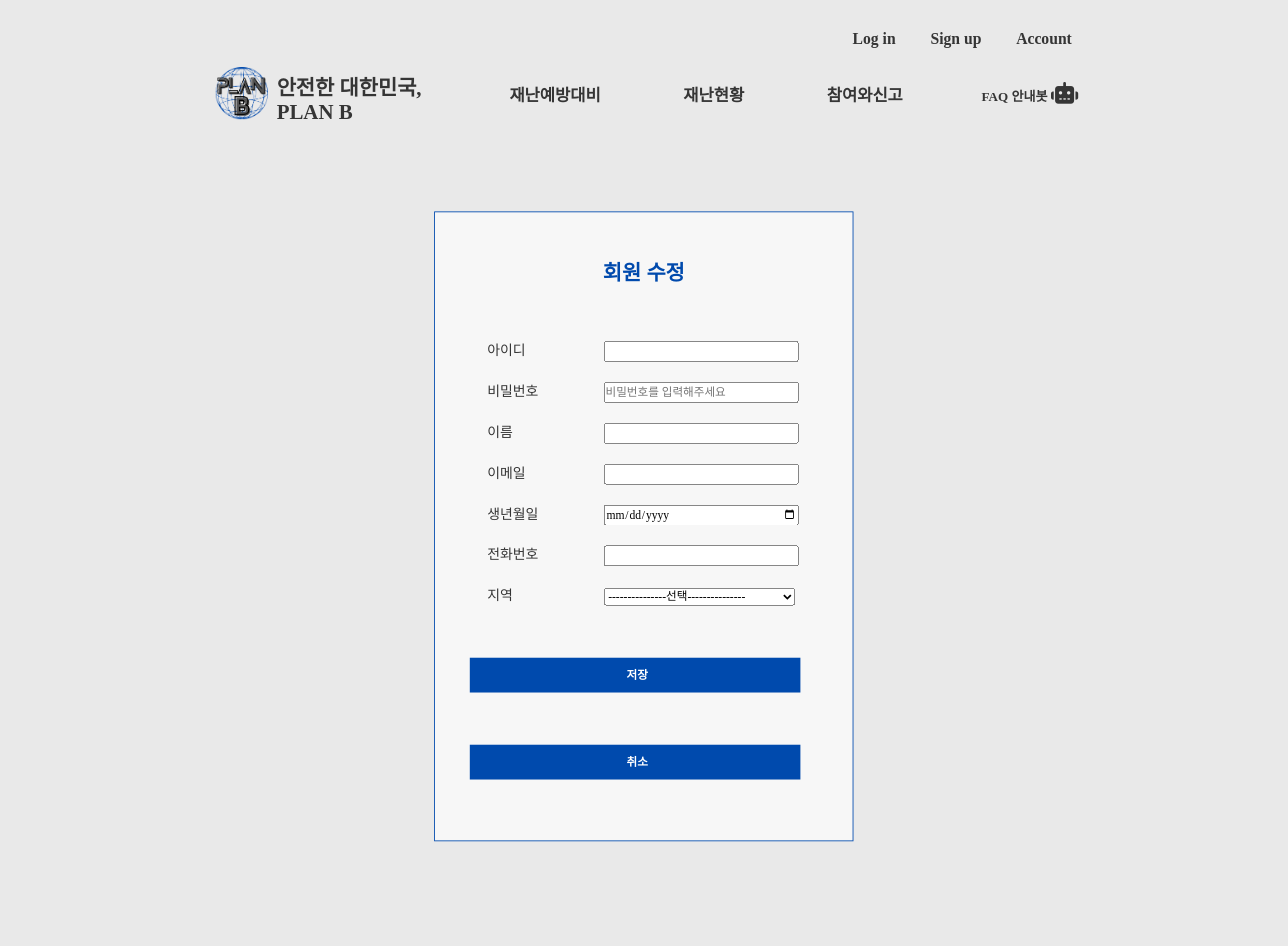
Repository: finalteam4/final
Page: http://localhost/member/update
An editor plug-in stored every save of this project. The page is shown before and after the next save, followed by the edit.
The browser window is 1280 px wide. The page is 1480 px wide, so the pictures cover 1480 px, including what lies to the right of the window. The pictures show the whole page, at 87% of full size.
Some web libraries are served in a nearby version. The page is this project's Thymeleaf template; nobody is signed in. The template is opened directly, without the code that normally fills it, so the values that code supplies are empty.

Above is the page before, as saved 2024-02-08 07:02:05.

### final/src/main/resources/templates/member/update.html
<!DOCTYPE html>
<html xmlns:th="http://www.thymeleaf.org">
<head>
<meta charset="UTF-8">
<title>회원정보...</title>
<link rel="stylesheet" th:href="@{/css/style.css}">
</head>
<body>
   <div class="ch">
    <div th:replace="~{header}"></div>
	<div id="container">
	  <section id="update">
		<h2>회원 수정</h2>
		<form th:action="@{/member/update}" method="post">
		<input type="hidden" name="id" th:value="${member.id}">
		   <fieldset>
		  	<ul>
		  		<li>
		  			<label for="memberId">아이디</label>
		  			<input type="text" name="memberId" readonly
		  				id="memberId" th:value="${member.memberId}">
		  		</li>
		  		<li>
		  			<label for="password">비밀번호</label>
		  			<input type="password" name="password"
		  			    id="password" placeholder="비밀번호를 입력해주세요">
		  		</li>
		  		<li>
		  			<label for="name">이름</label>
		  			<input type="text" name="name"
		  			    id="name" th:value="${member.name}">
		  		</li>
		  		<li>
		  			<label for="memberEmail">이메일</label>
		  			<input type="text" name="memberEmail"
		  			    id="memberEmail" th:value="${member.memberEmail}">
		  		</li>
		  		<li>
		  			<label for="memberAge">생년월일</label>
		  			<input type="date" name="memberAge"
		  			    id="memberAge" th:value="${member.memberAge}">
		  		</li>
		  		<li>
		  			<label for="mnumber">전화번호</label>
		  			<input type="text" name="mnumber"
		  			    id="mnumber" th:value="${member.mnumber}">
		  		</li>
		  		<li>
		  			<label for="memberArea">지역</label>
		  			 <select name="memberArea" id="memberArea" th:value="${member.memberArea}">
						    <option value="">---------------선택---------------</option>
						    <option value="서울특별시">서울특별시</option>
						    <option value="부산광역시">부산광역시</option>
						    <option value="대구광역시">대구광역시</option>
						    <option value="인천광역시">인천광역시</option>
						    <option value="광주광역시">광주광역시</option>
						    <option value="대전광역시">대전광역시</option>
						    <option value="울산광역시">울산광역시</option>
						    <option value="세종특별자치시">세종특별자치시</option>
						    <option value="경기도">경기도</option>
						    <option value="강원특별자치도">강원특별자치도</option>
						    <option value="충청북도">충청북도</option>
						    <option value="충청남도">충청남도</option>
						    <option value="전북특별자치도">전북특별자치도</option>
						    <option value="전라남도">전라남도</option>
						    <option value="경상북도">경상북도</option>
						    <option value="경상남도">경상남도</option>
						    <option value="제주특별자치도">제주특별자치도</option>
						</select>
		  		</li>
		  	    <li>
		  			<button type="submit" id="updatef">저장</button>
		  			<button type="reset" id="updatef">취소</button>
		  		</li>
		  	 </ul>
	  	    </fieldset>
	  	  </form>
	  	</section>
	</div>
	</div>
</body>
</html>

### final/src/main/resources/templates/header.html
<!DOCTYPE html>
<html xmlns:th="http://www.thymeleaf.org"
		xmlns:sec="http://www.thymeleaf.org/thymeleaf-extras-springsecurity6">
<head>
    <link rel="stylesheet" href="/css/Mainstyle.css">
    <script src="https://kit.fontawesome.com/6673aed616.js" crossorigin="anonymous"></script>
   	<script src="https://cdn.jsdelivr.net/npm/sockjs-client@1/dist/sockjs.min.js"></script>
	<script th:src="@{https://code.jquery.com/jquery-3.7.1.min.js}"></script>

</head>

<body>
    <header th:fragment="header-fragment">

        <section id="planB-header">
            <div class="planB-sidemenu">
            	<!-- 채채 페이지와 연결 -->
            	<th:block sec:authorize="isAnonymous()" >
	            	<a th:href="@{/login}">Log in</a>
	            	<a th:href="@{/member/join}">Sign up</a>
            	</th:block>
            	<a sec:authorize="isAuthenticated()" th:href="@{/logout}">Log out</a>

            	<a th:href="@{/member/account}">Account</a>
            </div>
			<!-- 프로젝트 로고 -->
            <div class="planB-menuWrap">
            	<a th:href="@{/}" class="main-img-logo">
           			<img th:alt="handmad_planB_logo" src="/images/planB-logo.png" style="width:60px; height:60px;">
           			<h2>안전한 대한민국,<br>PLAN B</h2>
            	</a>
          		<!-- 메인 메뉴 -->
	            <nav class="main-menu-wrap nav03">
	            	<div class="menu-container">
		            	<ul>
			            	<li class="main-menu-item">
			            		<a>재난예방대비</a>
			            		<!-- 서브메뉴 -->
			            		<ul class="submenu">
			            			<li>
		           						<a th:href="@{#}">자연재난 행동요령</a>
		           						<ul>
			            					<li><a th:href="@{/safeBehavior/Num1}">지진</a></li>
			            					<li><a th:href="@{/safeBehavior/Num4}">산사태</a></li>
			            					<li><a th:href="@{/safeBehavior/Num6}">대설</a></li>
			            				</ul>
		           					</li>
		           					<li>
		           						<a th:href="@{#}">사회재난 행동요령</a>
		           						<ul>
			            					<li><a th:href="@{/safeBehavior/Num2}">산불</a></li>
			            					<li><a th:href="@{/safeBehavior/Num3}">미세먼지</a></li>
			            					<li><a th:href="@{/safeBehavior/Num5}">붕괴</a></li>
			            				</ul>
		           					</li>
		           					<li>
			            				<a th:href="@{/contact/emer_contact}">비상연락망</a>
			            			</li>
			            		</ul>
			            	</li>
			            	<li class="main-menu-item">
			            		<a>재난현황</a>
			            		<!-- 서브메뉴 -->
			            		<ul class="submenu">
			            			<li>
			            				<a th:href="@{/data/data3}">지진</a>
			            			</li>
			            			<li>
			            				<a th:href="@{/data/data6}">산사태</a>
			            			</li>
			            			<li>
			            				<a th:href="@{/data/data7}">대기오염</a>
			            			</li>
			            			<li>
			            				<a th:href="@{/data/data5}">붕괴</a>
			            			</li>
			            			<li>
			            				<a th:href="@{/data/data2}">산불</a>
			            			</li>
									<!-- <li>
		           						<a th:href="@{/}">submenu 1</a>
		           						<ul>
			            					<li><a th:href="@{/}">child 1-1</a></li>
			            					<li><a th:href="@{/}">child 1-2</a></li>
			            					<li><a th:href="@{/}">child 1-3</a></li>
			            				</ul>
		           					</li> -->
			            		</ul>
			            	</li>
			            	<li class="main-menu-item">
			            		<a>참여와신고</a>
			            		<!-- 서브메뉴 -->
			            		<ul class="submenu">
			            			<li>
			            				<a th:href="@{/board/}">게시판</a>
			            				<ul>
			            					<li><a th:href="@{/noticeboard/}">공지사항</a></li>
			            					<li><a th:href="@{/infoboard/}">제보게시판</a></li>
			            					<li><a th:href="@{/qnaboard/}">질문게시판</a></li>
			            					<li sec:authorize="hasAnyAuthority('ADMIN')" >
			            						<a th:href="@{/report/}" style="color:red;">신고게시판</a>
			            					</li>
			            				</ul>
			            			</li>
			            			<li>
	                                   <a th:href="@{/ex/survey}" onclick="return alert('당신의 재난 지식을 점검하세요!')">체크리스트</a>
	                                </li>
			            			<li>
		           						<a th:href="@{#}" onclick="chatOpen()">채팅방</a>
		           					</li>
			            		</ul>
			            	</li>
		            	</ul>
			            <!-- FAQ 토글 버튼 -->
					    <div class="menu-bot-img" id="faqToggleButton">
					        <span>FAQ 안내봇</span>
					        <i class="fa-solid fa-robot" style="font-size:25px;"></i>
					    </div>
					    <!-- FAQ 오버레이 배경 -->
						<div id="faqOverlay"></div>
					    <!-- FAQ 컨테이너 -->
					    <div id="faqContainer" style="display:none;">
					        <!-- JavaScript가 여기에 질문 버튼을 동적으로 추가합니다 -->
					    </div>
		            </div>
	            </nav>
            </div> <!-- planB-menuWrap -->
        </section>
    </header>
<script th:src="@{/js/faq-chatbot.js}"></script>
<script th:src="@{/js/favicon.js}"></script>

<script th:inline="javascript">
    function chatOpen() {
        // 창의 크기
        let windowWidth = 820;
        let windowHeight = 400;

        // 뷰포트 크기 (스크롤바 고려)
        let viewportWidth = Math.max(document.documentElement.clientWidth || 0, window.innerWidth || 0);
        let viewportHeight = Math.max(document.documentElement.clientHeight || 0, window.innerHeight || 0);

        // 창의 위치
        let popupX = viewportWidth - windowWidth;
        let popupY = viewportHeight - windowHeight;

        // 새 창 열기
        window.open("/chat/", "채팅방", "width=" + windowWidth + ", height=" + windowHeight + ", left=" + popupX + ", top=" + popupY);
    }
</script>
</body>
</html>

### final/src/main/resources/static/css/style.css
@charset "UTF-8";


/* 공통 */

*{margin: 0; padding: 0; font-family: 'NanumSquareRound';}

html, body{height:auto; min-height:100%; min-width:1440px; width:100%; color: #353535; background: #e9e9e9;}

a{text-decoration: none; color:#353535; font-weight:900;}
a:hover{text-decoration: none; color: #004aad; font-weight:900;}
ul li{list-style: none;}




/* nagyung */


/* =============================================
                     header
================================================ */
#planB-header{width:100%; max-width:1024px; margin:0 auto;
	/* border:1px solid black; */ /* body: 1024px틀 마지막에 지울예정 */
}
/* header - 로그인, 회원가입, 마이페이지 */
.planB-sidemenu{
	width:100%;
	display:flex;
	justify-content: flex-end;
}
.planB-sidemenu a{padding: 15px 20px; font-size:18px;}
/* header - 로고, 메인메뉴, 챗봇 */
.planB-menuWrap{width:100%; display:flex; margin-bottom:10px;}
.main-img-logo{
	width:310px;
	display:flex;
	align-items: center;
	padding-left:20px;
	}
.main-img-logo h2{padding:10px 0 0 10px;  font-weight:900;}

.main-menu{
	width:90%;
	margin:0 auto;
	display:flex;
	justify-content: space-evenly;
    align-items: center;
    padding-top:20px;
    }
.main-menu a{font-size:19px; letter-spacing:1px;}
.main-menu span{font-size:15px;}
/*===============================================
 					footer
=================================================*/



/* chaehee */

.ch{
  width: 100%;
  padding: 20px;
  background-color: #E9E9E9;


  .container{width: 90%; padding: 30px; margin: 0 auto;}


/* login 스타일 */
  #login{
    margin: 100px auto;
    padding: 40px;
    width: 380px;
    background-color: #f7f7f7;
    border: 1px solid rgb(0, 74 , 173);
    flex-direction: column;
  }
  #login h2{
    text-align: center;
    margin: 20px;
    color: rgb(0, 74 , 173);
  }
  #login fieldset{
    border: none;
  }

  #login li input{
  	border-style: none;
    margin: 15px auto;
    padding: 0 10px 0 10px;
    width: 100%;
    height: 40px;
    text-indent: 5px;
  }
  #login #username,
  #login #password,
  #login #loginbutton,
  #login #joinf{
    box-sizing: border-box;
    border: 1px solid #004aad;
  }
  #login #loginbutton,
  #login #joinf{
    font-weight: bold;
  }
  #login #loginbutton{
    background-color: #004aad;
    color: white;
  }
  #login #joinf{
    background-color: white;
    color: #004aad;
  }
  .line {
    display:flex;
    flex-basis:100%;
    align-items:center;
    color:rgba(0,0,0,0.35);
    font-size:14px;
    margin:10px 0px;
  }
  .line::before{
    content:"";
    flex-grow:1;
    margin:0px 16px;
    background:rgba(0,0,0,0.35);
    height:1px;
    font-size:0px;
  }
  .line::after {
    content:"";
    flex-grow:1;
    margin:0px 16px;
    background:rgba(0,0,0,0.35);
    height:1px;
    font-size:0px;
  }

  /* join 스타일 */
  #join{
    margin: 100px auto;
    padding: 40px;
    width: 400px;
    background-color: #f7f7f7;
    border: 1px solid rgb(0, 74 , 173);
    flex-direction: column;
  }
  #join h2{
    text-align: center;
    margin: 10px 20px 50px 20px;
    color: rgb(0, 74 , 173);
  }
  #join fieldset{
    border: none;
  }
  #join label{
    display: inline-block;
    width: 120px;
    margin: 10px 0px 10px 20px;
  }
  #join input[type="text" i],
  #join input[type="password" i],
  #join input[type="date" i],
  #join select  {
  width: 220px;
  height: 20px;
  margin: 10px;
  }
  #join #joinf, #join #kakao, #join #naver, #join #google {
  	border-style: none;
    margin: 15px 10px;
    width: 380px;
    height: 40px;
    text-indent: 5px;
  }

  #join #joinf{
    background-color: #004aad;
    color: white;
    font-weight: bold;
  }
  /* account 스타일 */
  #account{
    width: 60%;
    margin: 100px auto;
    display: flex;
    border: 1px solid #004aad;
    background-color: #f5f5f5;
    max-width: 1024px;
  }
  #left{
    width: 40%;
    height: 100%;
  }
  #left #mimage{
    width: 50%;
    aspect-ratio: 1 / 1;
    margin: 20px auto;
    background-color: #dadada;
    border-radius: 50%;
    margin-top: 25%;
    overflow: hidden;
  }
   #left #mimage img{
   display: block;
   width: 100%;
   }
  #left h6{
    padding-bottom: 50px;
    text-align: center;
    font-size: 15px;
  }
  #left .mbutton{
    margin: 10% auto;
    padding: 5%;
    width: 50%;
    border-radius: 30px;
    text-align: center;
    color: white;
    font-weight: bold;
  }
  #left #update{
    background-color: #dadada;
    font-size: 15px;
  }
  #left #logout{
    background-color: #004aad;
    font-size: 15px;
  }
  #right{
    margin: auto;
    padding: 30px;
    width: 90%;
    height: 100%;
    display: flex;
    flex-direction: column;
    justify-content: center;
  }
  #right h5{
    width: 100%;
    margin: 10px;
  }
  #right .mcontent{
    display: flex;
    flex-direction: column;
    margin: 5px 0 25px 0;
    padding: 5px 0;
    width: 100%;
    background-color: #ececec;
    border-top: 1px solid #004aad;
    border-bottom: 1px solid #004aad;
    align-items: center;
  }
  #right .mcontent p{
	padding: 8px 0px;
    width: 90%;
    border-bottom: 1px dashed white;
    text-align: center;
  }
  #right .mcontent p:last-child {
  border-bottom: none;
}
  .line2 {
    border-left: 1px dotted #004aad;
    width: 0;
  }

/* update 스타일 */
  #update{
    margin: 100px auto;
    padding: 40px;
    width: 400px;
    background-color: #f7f7f7;
    border: 1px solid rgb(0, 74 , 173);
    flex-direction: column;
  }
  #update h2{
    text-align: center;
    margin: 10px 20px 50px 20px;
    color: rgb(0, 74 , 173);
  }
  #update fieldset{
    border: none;
  }
  #update label{
    display: inline-block;
    width: 120px;
    margin: 10px 0px 10px 20px;
  }
  #update input[type="text" i],
  #update input[type="password" i],
  #update input[type="date" i],
  #update select  {
  width: 220px;
  height: 20px;
  margin: 10px;
  }
  #update #updatef{
    border-style: none;
    margin: 15px 10px;
    width: 380px;
    height: 40px;
    text-indent: 5px;
  }
  #update #memberArea{
  	margin-bottom: 30px;
  }

  #update #updatef{
  	margin: 30px 0;
    background-color: #004aad;
    color: white;
    font-weight: bold;
  }



}

/* yubin */


.main-main {
	width:1024px;

    background-color: #d9d9d9;
    margin: 0 auto;
}
/* 메뉴 */
#state_sub{
		background: #1b4fa2 url(/images/titBg.jpg) no-repeat 50% 50%;
}
#state_sub .stateWrap > strong {
    display: block;
    margin-bottom: 30px;
    text-align: center;
    font-size: 44px;
    font-weight: 200;
    color: #fff;
    line-height: 1.1em;
}
#state_sub .stateWrap ul {
    text-align: center;
}
#state_sub .stateWrap ul li {
    display: inline-block;
    position: relative;
    margin: 0 24px;
    padding-bottom: 6px;
}
#state_sub .stateWrap ul li.active a strong {
    color: #fff;
    font-weight: 400;
}
#state_sub .stateWrap ul li a strong {
    display: block;
    font-size: 16px;
    font-weight: 200;
    color: rgba(255, 255, 255, 0.5);
}

/*산불페이지 */
.leftArea{
	float: left;

}
.leftArea img{
	width: 400px;
	height: 600px;
	margin: 10px 0 0 10px;
}
.rightArea{
	display:inline-block;
	margin-left: 20px;

}
.rightArea h2{
	margin-top: 20px;

}

.todayArea ul li{
	list-style: none;
	float: left;
    width: 183px;
    height: 110px;
    padding: 24px 0 0;
    margin-right: 10px;
    text-align: center;
    line-height: 1em;
    background: #f1f1f1;
    box-sizing: border-box;
    margin-top: 20px;
    margin-bottom: 20px;
}
/* 표 전체 스타일 */
.tableArea {
    width: 590px;
    height: 400px;
    margin-top:20px;
    overflow: auto; /* 내용이 넘칠 경우 스크롤 표시 */
}

/* 표 제목 스타일 */
.tableArea table {
    width: 100%;
    border-collapse: collapse;
    font-size: 14px;
}

/* 각 셀 스타일 */
.tableArea th, .tableArea td {
    border: 1px solid #ddd;
    padding: 8px;
    text-align: center;
}

/* 각 열 스타일 */
.tableArea th {
    background-color: #f0f0f0;
}

/* 각 행 스타일 */
.tableArea tr:hover {
    background-color: #f5f5f5;
}
 .terms317 img {

    width: 900px; /* 너비를 원하는 크기로 지정 */
    height: auto; /* 높이는 자동으로 조절됩니다. */

  }
.terms317 p{
	margin-left: 55px;
}
  .terms318 img {
    width: 300px; /* 너비를 원하는 크기로 지정 */
    height: auto; /* 높이는 자동으로 조절됩니다. */
  }

  .terms319 img {
    width: 250px; /* 너비를 원하는 크기로 지정 */
    height: auto; /* 높이는 자동으로 조절됩니다. */
  }

  .terms320 img {
    width: 550px; /* 너비를 원하는 크기로 지정 */
    height: auto; /* 높이는 자동으로 조절됩니다. */
  }

  .terms321 img {
    width: 550px; /* 너비를 원하는 크기로 지정 */
    height: auto; /* 높이는 자동으로 조절됩니다. */
  }


  .tabSlideWrap {
    padding: 10px;
  }

  .swiper-container-horizontal {
    position: relative;
    display: flex;
    justify-content: space-around;
  }

  .swiper-wrapper {
    list-style: none;
    padding: 0;
    margin: 0;
    display: flex;
  }

  .swiper-slide {
    margin-right: 20px;
  }

  .swiper-slide a {
    text-decoration: none;
    color: black;
    padding: 10px;
    display: block;
  }

  .swiper-slide a:hover {
    background-color: #f0f0f0;
  }
 /* 산불끝 */









/* KH */

/* 비상연락처 */

#container_emer h2{text-align:center; font-size: 3em; color:#e9e9e9; padding-top: 20px;
   margin-bottom: 50px;}
#container_emer{text-align: center; background-color: #e9e9e9;}
#emer_title{height: 95px; background-color:#004aad;}
#emer_tbl {border-collapse: collapse; margin: 20px auto;}
#emer_tbl td{width: 150px; height: 30px; border: 2px solid #ddd;
	padding: 8px; text-align: center; color: #363636; background-color:#f9f9f9;}
.region {cursor: pointer;}
#map {width: 1024px; height: 1024px;margin: 30px auto; background-color: rgba(255,255,255,1);
	}









/* sanghyun */

#content{
	width: 1024px;
	margin: 0px auto;
	height: 200vh;
}
h2.board_h2{
	color: #fff; text-align: center;
	width: 100%;
	height: 60px;
	background-color: #004aad;
	font-weight: bold;
	margin: 0;
	line-height: 60px;

}

#data_content{
	width: 100%;
	margin-top: 100px;
}

.news_section{
	margin: 50px 0px 0px 100px;
	width : 45%;
	border: 10px solid #fc80ac;
	display: block;
    float: left;
    padding: 10px;
    font-size:0.8rem;
}
.news_section p{
	margin: 5px;
}
.org_name{
	padding: 5px;
	font-size:1rem;
}
.board_section{
	display: block;
    float: left;
    margin: 50px 10px;
}


/* 게시판 */
.board_content{
	width: 100%;
	background-color: #fff;
	height: 100%;
}


.tbl_list {
	margin: 0 auto;
	width: 95%;
	text-align: center;
	border-collapse: collapse;
}
.tbl_list td, th{
	border-left: none;
	border-right: none;
	border-bottom: 1px solid black;
}
.td_title {width: 50%; text-overflow: ellipsis; white-space:nowrap;}

.board_btn {
   width: 90px;
   height: 35px;
   background-color: #cdcdcd;
   border: 1px solid #353535;
   border-radius: 10px;
   box-shadow: 2px 2px 4px rgba(0, 0, 0, 0.5);
   font-weight: bold;
}

.board_btn:hover{
	background-image: linear-gradient(to bottom right, #002255, #004aad);
	color: #fff;
}


/* 페이지 버튼 */
.pagination_btn {
    display: flex;
    justify-content: center;
    align-items: center; /* 수직 가운데 정렬 추가 */
    font-size: 15px;
    line-height: normal;
}

.page-box {
    margin: 0 10px;
    font-weight: bold;
    display: inline-block;
}

.page-num-btn {
    width: 20px;
    height: 20px;
    border-radius: 50%;
    margin: 5px auto;
}

.page-btn.disabled {
    pointer-events: none;
    cursor: default;
    color: #aaa;
}

.page-btn.active {
    display: inline-flex;
    align-items: center; /* 수직 가운데 정렬 추가 */
    justify-content: center;
    width: 30px;
    height: 30px;
    background-image: radial-gradient(ellipse, #0088FF, #004AAD);
    border-radius: 50%;
    color: #fff;
    text-align: center;
}

.page-btn.active .page-box {
    display: inline-block;
    color: #fff;
}

/* 게시판 검색창 */
.search_btn{
   width: 450px;
   height: 35px;
   margin: 0px auto;
   background-color: #cdcdcd;
   border: 1px solid #353535;
   border-radius: 10px;
   padding-top: 10px;
   box-shadow: 2px 2px 4px rgba(0, 0, 0, 0.5);
}

.search_btn2{
   width: 350px;
   height: 35px;
   margin: 0px auto;
   background-color: #cdcdcd;
   border: 1px solid #353535;
   border-radius: 10px;
   padding-top: 10px;
   box-shadow: 2px 2px 4px rgba(0, 0, 0, 0.5);
}

.toggle_btn{
   width: 80px;
   height: 25px;
   border: none;
   border-radius: 5px;
   text-align: center;
   background-color: #fff;
   margin: 0px 10px;
}
.search_box{
   width: 230px;
   height: 25px;
   border: none;
   border-radius: 5px;
   padding: 0px 10px;
}
.board_btn1 {
   width: 70px;
   height: 25px;
   border: none;
   border-radius: 0 5px 5px 0;
   border-left : 1px solid #000;
   background-color: rgba(0, 0, 0, 0);
   font-weight: semi-bold;
}
.board_btn2 {
   width: 50px;
   height: 25px;
   border: none;
   background-color: rgba(0, 0, 0, 0);
   font-weight: semi-bold;
}

/* 게시글 상세보기 */
.tbl_detail{
	width: 95%;
	margin: 0 auto;
}
.tbl_detail td, th{
	border-left: none;
	border-right: none;
}

/* 댓글 */
.replyform{
	width: 95%;
	margin: 0 auto;
}
.replyWrite{
	margin-top:10px;
	border-color:#ccc;
}
#rcontent{
	width:100%;
}
.reply_reply{
	margin-top: 10px;
}

/* 글쓰기 */
.custom-file-input {
    display: none; /* 숨김 */
}

.custom-file-label {
    width: 90px;
    height: 35px;
    background-color: #cdcdcd;
    border: 1px solid #353535;
    border-radius: 10px;
    box-shadow: 2px 2px 4px rgba(0, 0, 0, 0.5);
    font-weight: bold;
    display: flex;
    justify-content: center;
    align-items: center;
    cursor: pointer;
    float: left;
    margin-bottom: 10px;
    margin-right: 10px;
}

.custom-file-label:hover{
	background-image: linear-gradient(to bottom right, #002255, #004aad);
	color: #fff;
}

.file-name{
	line-height: 35px;
}

.form-control {
  display: block;
  width: 95%;
  border: 1px solid #dee2e6;
  border-radius: 0.375rem;
  margin: 0 auto;
  padding: 5px;
}

@media (prefers-reduced-motion: reduce) {
  .form-control {
    transition: none;
  }
}
.form-select {
  display: block;
  width: 95%;
  border: 1px solid #dee2e6;
  border-radius: 0.375rem;
  margin: 0 auto;
}
@media (prefers-reduced-motion: reduce) {
  .form-select {
    transition: none;
  }
}
/* 채팅방 */

@media (max-width: 1024px) {
  #content {
    width:100%;
  }
  table{
  font-size: 1.5vw
  }
  .search_btn{
  	width: 425px;
  }
}



@media (max-width: 425px) {
  #content {
    width:355px;
  }
  table{
  font-size: 10px;
  }
  .search_btn{
  	width:355px;
  }
}



/* 헤더 */
header #head_header nav{
	width: 100%;
	height: 80px;
	background: #e9e9e9;
	border-top: 1px solid #ccc;
	border-bottom: 1px solid #ccc;
}
header #head_header h1{
	text-align:center;
}
#top_menu{line-height: 80px; text-align:center;}
#top_menu li{display: inline-block; margin: 0 20px; }
#top_menu li a{color: #444; padding: 0 20px;}
#top_menu li a:hover{color: #111;}

Loaded but not shown: final/src/main/resources/static/js/faq-chatbot.js (83 lines, source omitted); final/src/main/resources/static/js/favicon.js (19 lines, source omitted); final/src/main/resources/static/css/Mainstyle.css (775 lines, source omitted)

After the next save:
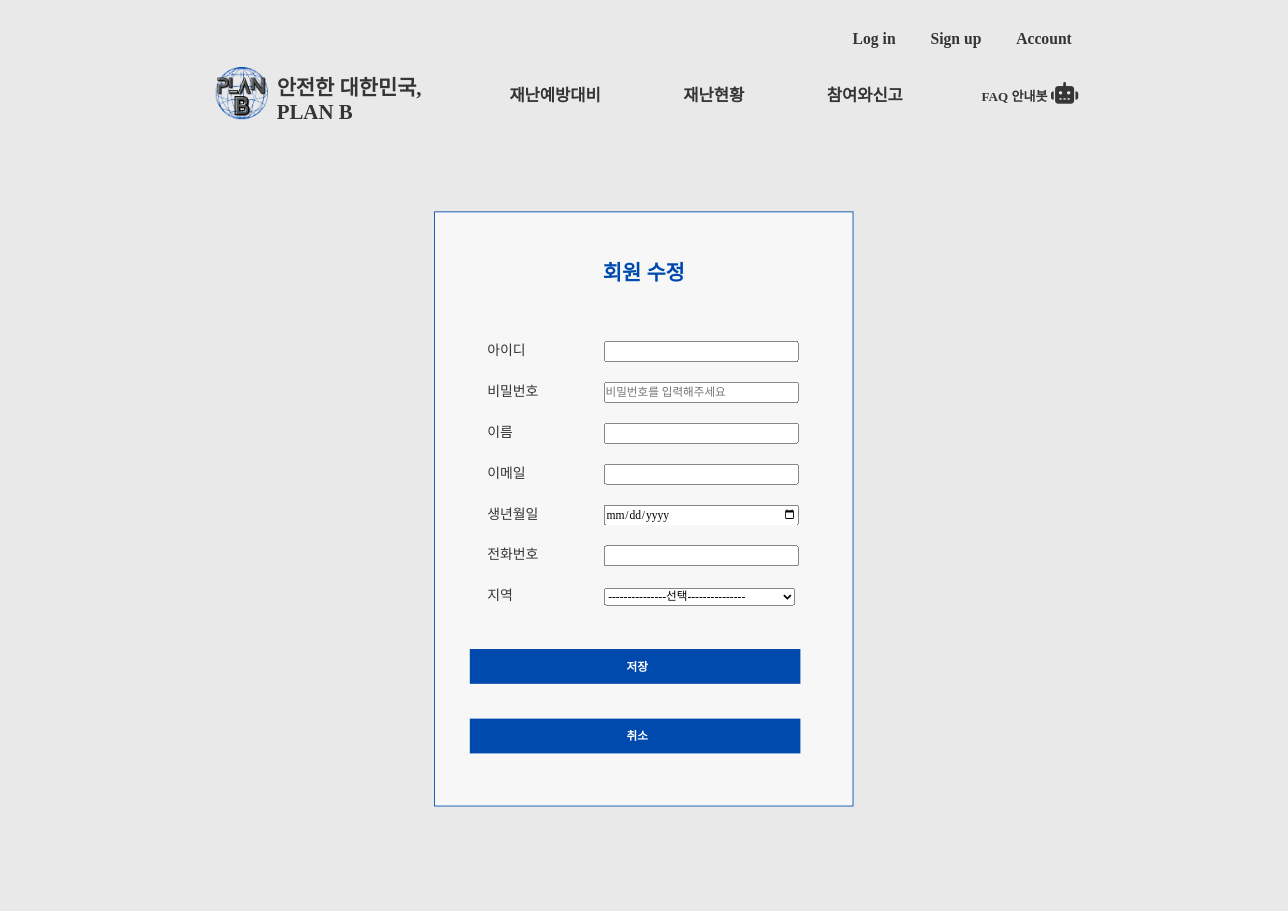
Saved 8 s later.
--- a/final/src/main/resources/static/css/style.css
+++ b/final/src/main/resources/static/css/style.css
@@ -308,7 +308,7 @@ ul li{list-style: none;}
   }
 
   #update #updatef{
-  	margin: 30px 0;
+  	margin: 20px 0;
     background-color: #004aad;
     color: white;
     font-weight: bold;
